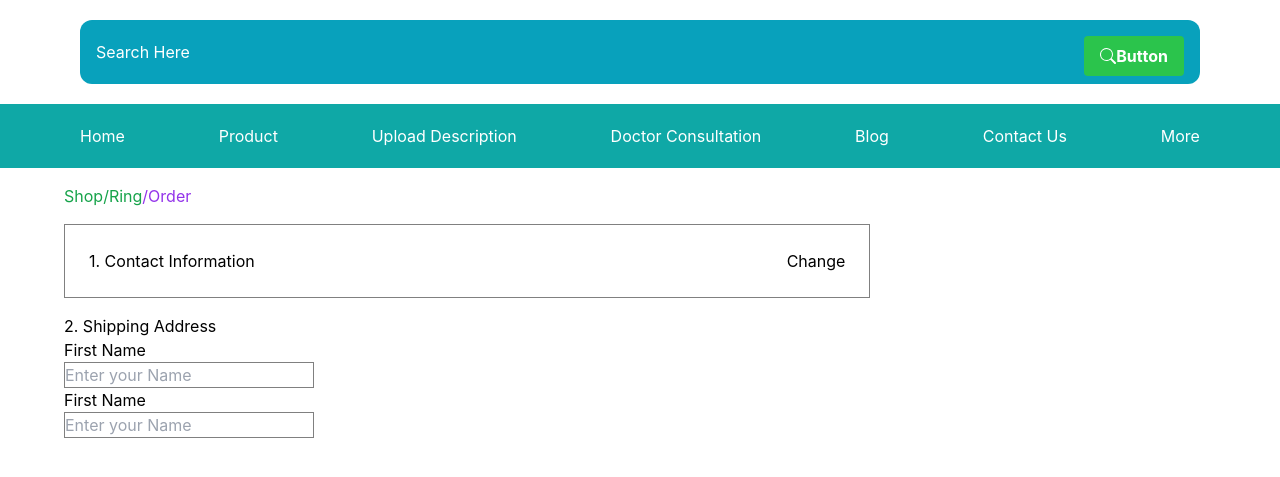
Repository: arafatmollah/form-pharma
Page: /
The author's editor kept a copy of each file at every save. The page is drawn from the files as they stood at one save, then again after a run of saves.
The browser window is 1280 px wide. The pictures show the whole page.
The project was rebuilt for these pictures with package versions that can differ from the ones it lists, and the page was loaded fresh each time.

Above is the page before, as saved 2023-03-14 23:47:13.

### src/index.js


import React from 'react';
import ReactDOM from 'react-dom/client';
import './index.css';
import App from './App';
import reportWebVitals from './reportWebVitals';

const root = ReactDOM.createRoot(document.getElementById('root'));
root.render(
  <React.StrictMode>
    <App />
  </React.StrictMode>
);

// If you want to start measuring performance in your app, pass a function
// to log results (for example: reportWebVitals(console.log))
// or send to an analytics endpoint. Learn more: https://bit.ly/CRA-vitals
reportWebVitals();

### src/App.js

import './App.css';
import Nav from './Nav';
import Form from './Form';

function App() {
  return (
    <div className="App">
     <Nav></Nav>
     <Form></Form>
    </div>
  );
}

export default App;

### src/App.css
.box-border{
  background-color: #08A1BC;
}
.btn {
  @apply font-bold py-2 px-4 rounded;
  background-color: #2BC44C;
  color: white;
}
.btn-blue {
  @apply bg-blue-500 text-white;
}
.btn-blue:hover {
  @apply bg-blue-700;
}
.nav{
  background-color: #0FA8A6;
}
.info{
  width: 70%;
  border: 1px solid gray;
}
.input{
  border: 1px solid gray;
}

### src/Nav.js
import React from 'react'
import './App.css';
import { BsSearch } from 'react-icons/bs';

function Nav() {
  return (
    <div>
        <div className='box-border h-16 w-100 p-4 mx-20 my-5 rounded-xl'>
          <div className='flex justify-between align-middle'>
                <p className='text-white mt-1'>Search Here</p>
                <button className="btn mb-1 py-2 flex items-center justify-between"><BsSearch></BsSearch> Button</button>
          </div>
        </div>
        <div className='box-border h-16 w-100 nav'>
            <div className='flex mx-20 items-center justify-between text-white'>
            <div className='mt-5'>Home</div>
            <div className='mt-5'> Product</div>
            <div className='mt-5'>Upload Description</div>
            <div className='mt-5'>Doctor Consultation</div>
            <div className='mt-5'>Blog</div>
            <div className='mt-5'>Contact Us</div>
            <div className='mt-5'>More</div>
            </div>
        </div>
    </div>
  )
}

export default Nav

### src/Form.js
import React from 'react'

function form() {
  return (
    <div>
        <div className='mx-16'>
            <div className='flex my-4'>
                <p className='text-green-600'>Shop</p>
                <p className='text-green-600'> /Ring</p>
                <p className='text-purple-600'>/Order</p>
            </div>
            <div>
            <div className='info p-6 flex justify-between'>
              <p>1. Contact Information</p>
              <p>Change </p>
            </div>
            <div className='my-4'>
              <p>2. Shipping Address</p>
              <form>
                <div>
                <label>First Name</label> <br></br>
                <input className='input' type='text' placeholder="Enter your Name"></input>
                </div>
                <div>
                <label>First Name</label> <br></br>
                <input className='input' type='text' placeholder="Enter your Name"></input>
                </div>
              </form>
            </div>
            </div>
        </div>
    </div>
  )
}

export default form

Loaded but not shown: public/index.html (common file); src/index.css (common file); src/reportWebVitals.js (common file); tailwind.config.js (common file)

After the next 4 saves:
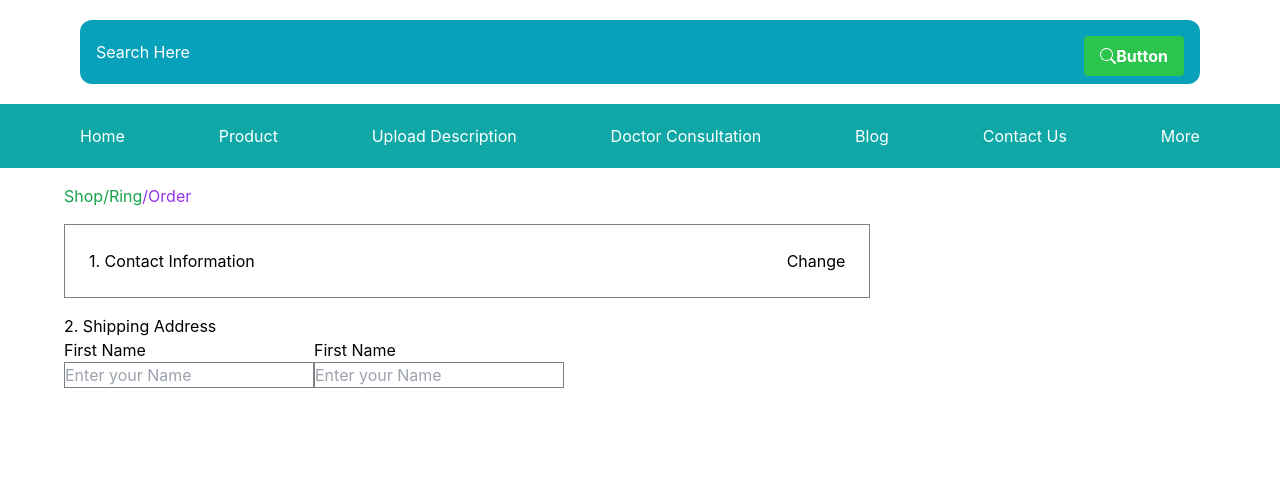
The 4 saves are shown as one change because 1 did not build or start and some came seconds apart.
The last was saved 23 s later.
--- a/src/Form.js
+++ b/src/Form.js
@@ -17,7 +17,8 @@ function form() {
             <div className='my-4'>
               <p>2. Shipping Address</p>
               <form>
-                <div>
+               <div className='flex'>
+               <div>
                 <label>First Name</label> <br></br>
                 <input className='input' type='text' placeholder="Enter your Name"></input>
                 </div>
@@ -25,6 +26,7 @@ function form() {
                 <label>First Name</label> <br></br>
                 <input className='input' type='text' placeholder="Enter your Name"></input>
                 </div>
+               </div>
               </form>
             </div>
             </div>
